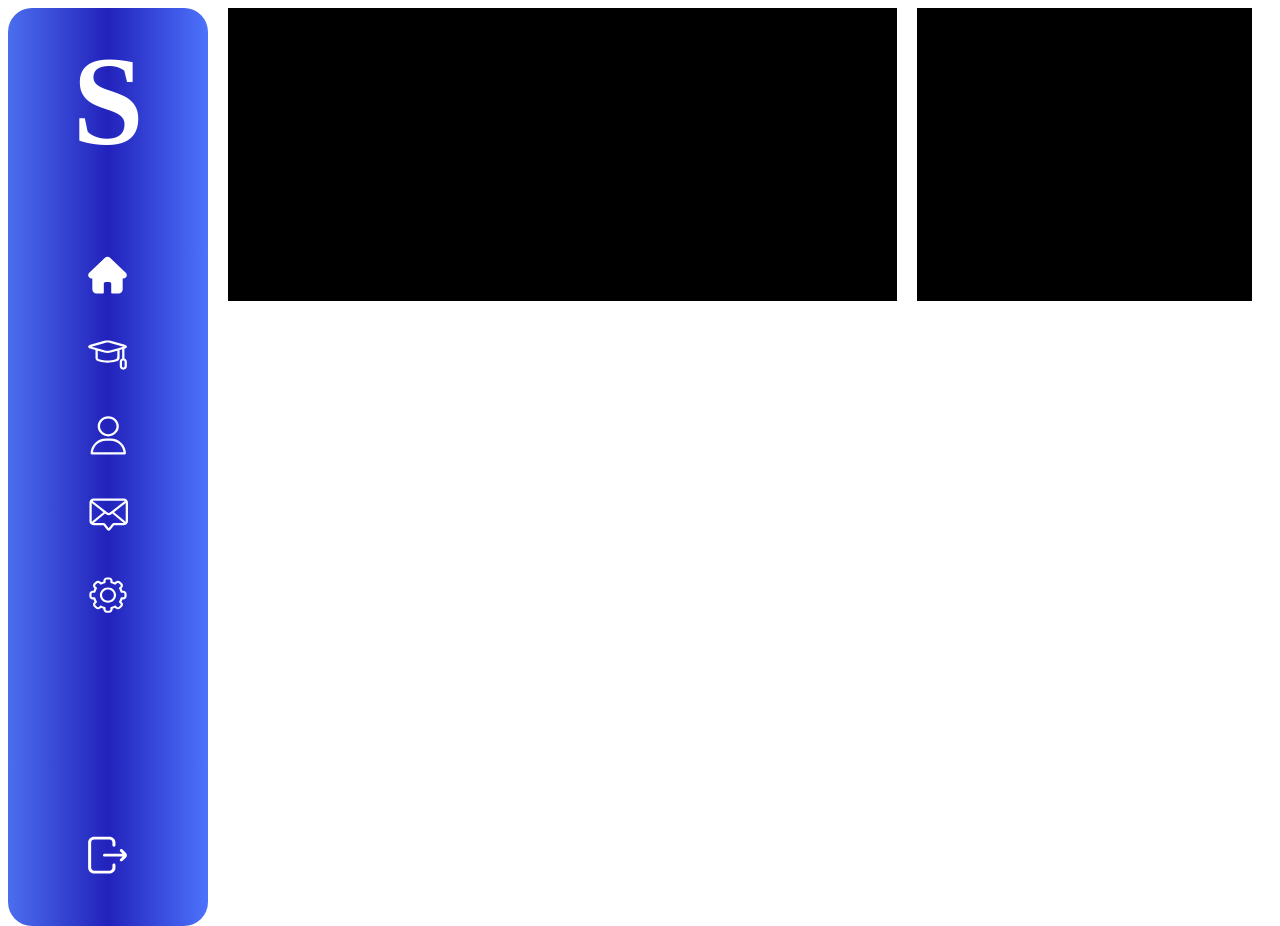
Repository: rafalzacher1/smartify-interface
Page: home.html
These files come from the project's save history. The page is drawn as it stood at one moment and after the next save; the edit follows.
The browser window is 1280 px wide. The pictures show the whole page.
Some web fonts or font styles are not loaded; a fallback is used.

Above is the page before, as saved 2022-06-30 03:23:51.

After the next save:
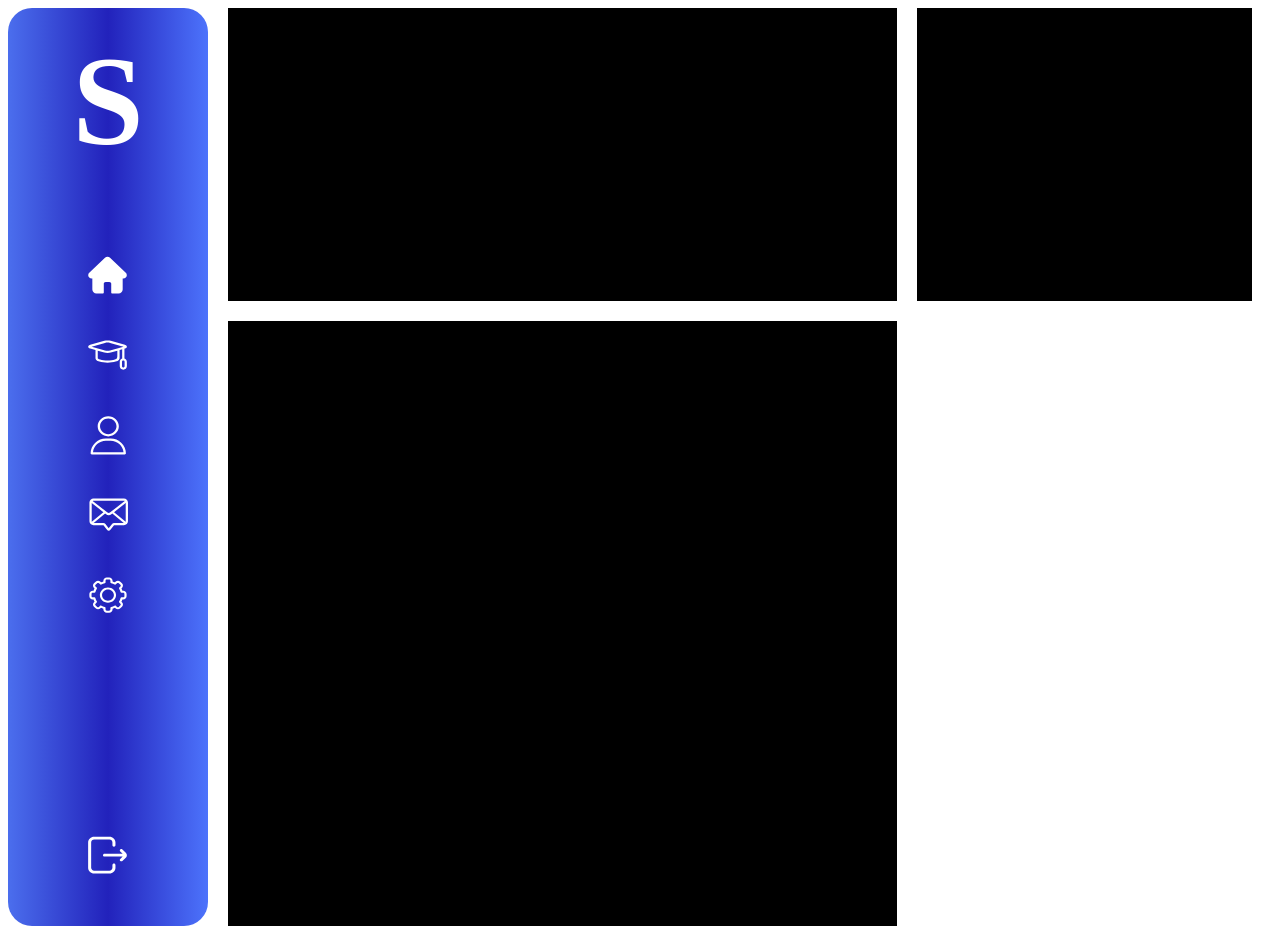
Saved 8 s later.
--- a/styles/progress.css
+++ b/styles/progress.css
@@ -1,4 +1,4 @@
-#tests-container {
+#progress-container {
     grid-column: 4;
     grid-row: 2 / 4;
     background-color: black;
